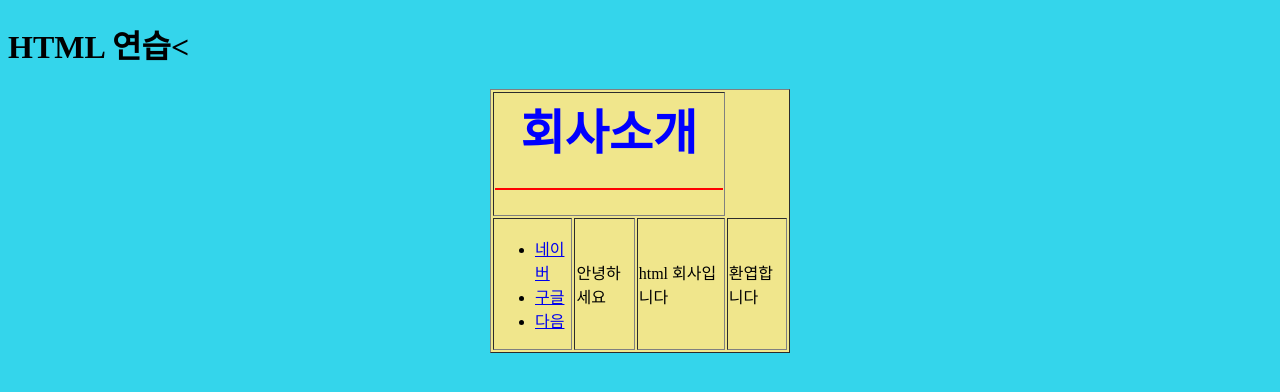
Repository: sika5382/jsp
Page: html/WebContent/NewFile2.html
The author's editor kept a copy of each file at every save. The page is drawn from the files as they stood at one save, then again after a run of saves.
The browser window is 1280 px wide. The pictures show the whole page.

Above is the page before, as saved 2020-10-29 08:20:44.

### html/WebContent/NewFile2.html
<!DOCTYPE html>
<html>
<head>
<meta charset="UTF-8">
<title>Insert title here</title>
</head>
<body style="background-color:#34d5eb;">
	<h1>
		HTML 연습<

	</h1>
		<table border="1" align="center" width="300" bgcolor="khaki">

			<tr>
				<th colspan="3">
					<font size="7" color ="blue">회사소개
					<hr color = "Red">
				</th>

			</tr>



			<tr>
				<td>

				<ul>

				<li><a href = "https://www.naver.com/" title="네이버">네이버</li>
				<li><a href = "https://www.naver.com/" title="구글">구글</li>
				<li><a href = "https://www.naver.com/" title="다음">다음</li>

				</ul>
				</td>

				<td>안녕하세요</td>
				<td>html 회사입니다</td>
				<td>환엽합니다</td>

			</tr>



	</table>








</body>
</html>

After the next 2 saves:
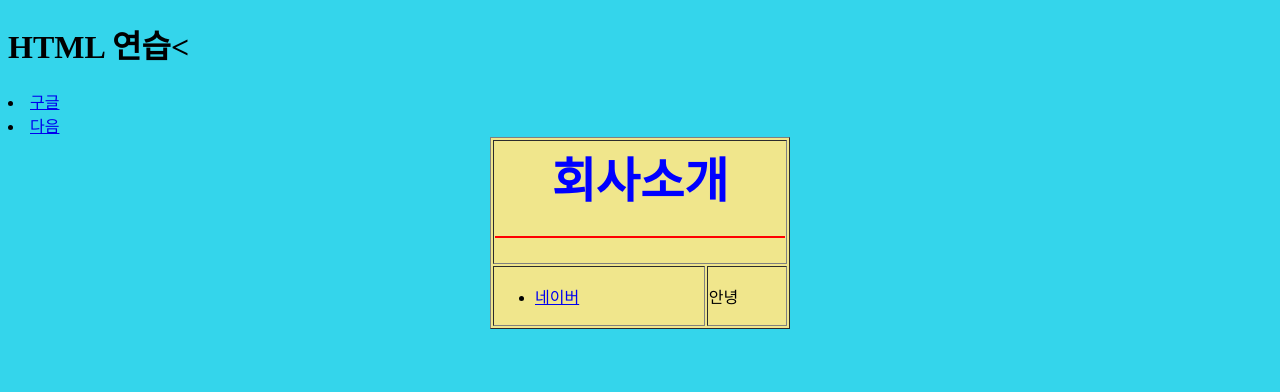
The 2 saves are shown as one change because they came seconds apart.
The last was saved 56 s later.
--- a/html/WebContent/NewFile2.html
+++ b/html/WebContent/NewFile2.html
@@ -26,16 +26,14 @@
 
 				<ul>
 
-				<li><a href = "https://www.naver.com/" title="네이버">네이버</li>
+				<li><a href = "https://www.naver.com/" title="네이버">네이버</li><td>안녕</td>
 				<li><a href = "https://www.naver.com/" title="구글">구글</li>
 				<li><a href = "https://www.naver.com/" title="다음">다음</li>
 
 				</ul>
 				</td>
 
-				<td>안녕하세요</td>
-				<td>html 회사입니다</td>
-				<td>환엽합니다</td>
+
 
 			</tr>
 
